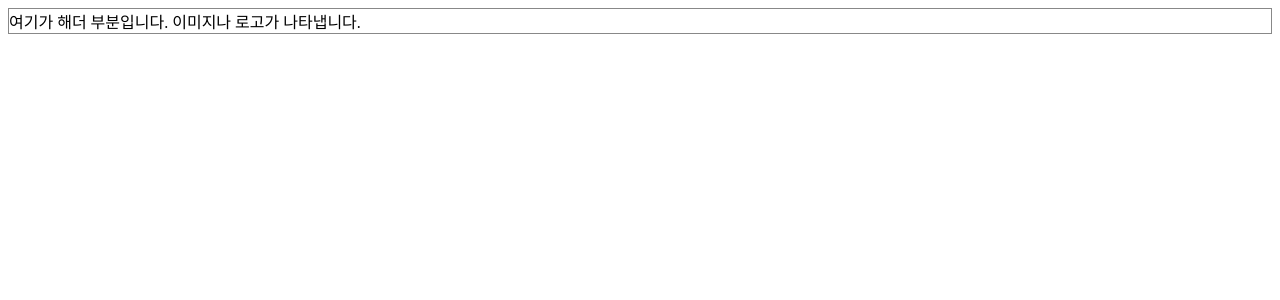
Repository: seokku/java2
Page: workspace/web/ch02basic/WebContent/semantic.html
An editor plug-in stored every save of this project. The page is shown before and after the next save, followed by the edit.
The browser window is 1280 px wide. The pictures show the whole page.

Above is the page before, as saved 2021-02-15 07:27:11.

After the next save:
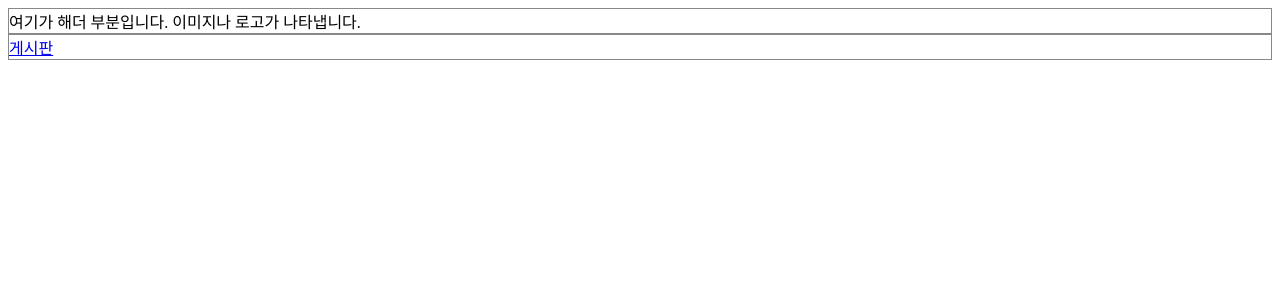
Saved 67 s later.
--- a/workspace/web/ch02basic/WebContent/semantic.html
+++ b/workspace/web/ch02basic/WebContent/semantic.html
@@ -12,5 +12,8 @@
 </head>
 <body>
 <header>여기가 해더 부분입니다. 이미지나 로고가 나타냅니다.</header>
+<nav>
+	<a href="../board/list.jsp">게시판</a>
+</nav>
 </body>
 </html>
